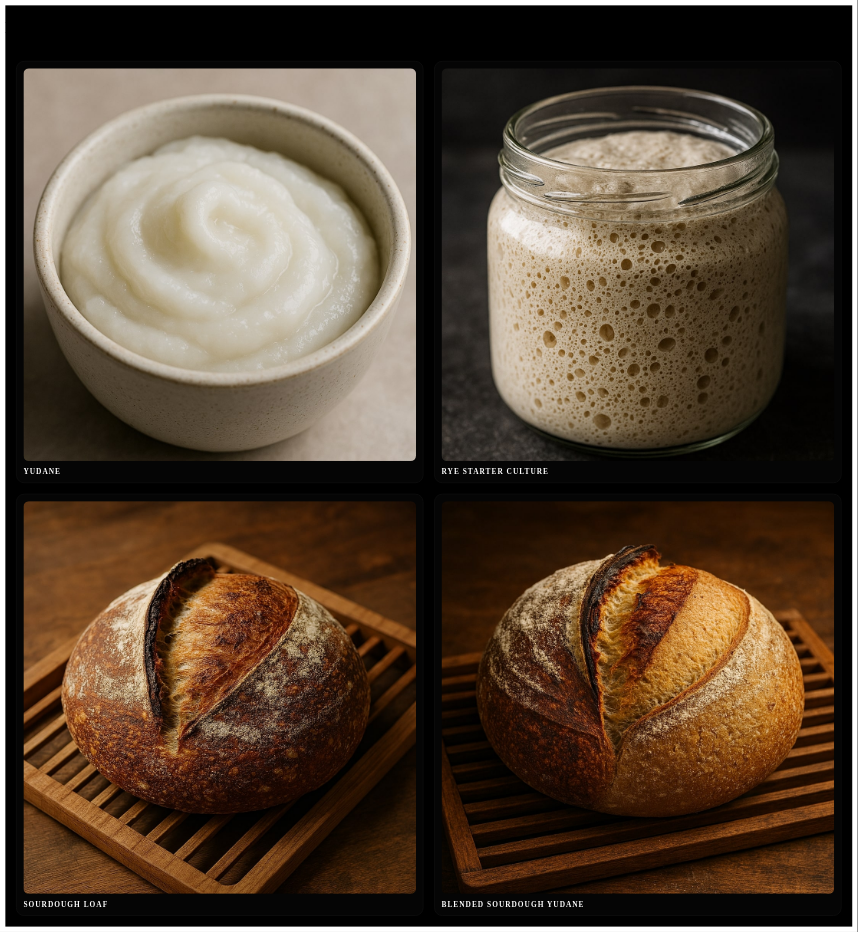
Repository: dkg11hu/baking-core
Page: index.html
An editor plug-in stored every save of this project. The page is shown before and after the next save, followed by the edit.
The browser window is 1280 px wide. The pictures show the whole page, at 67% of full size.

Above is the page before, as saved 2026-01-03 16:38:46.

After the next save:
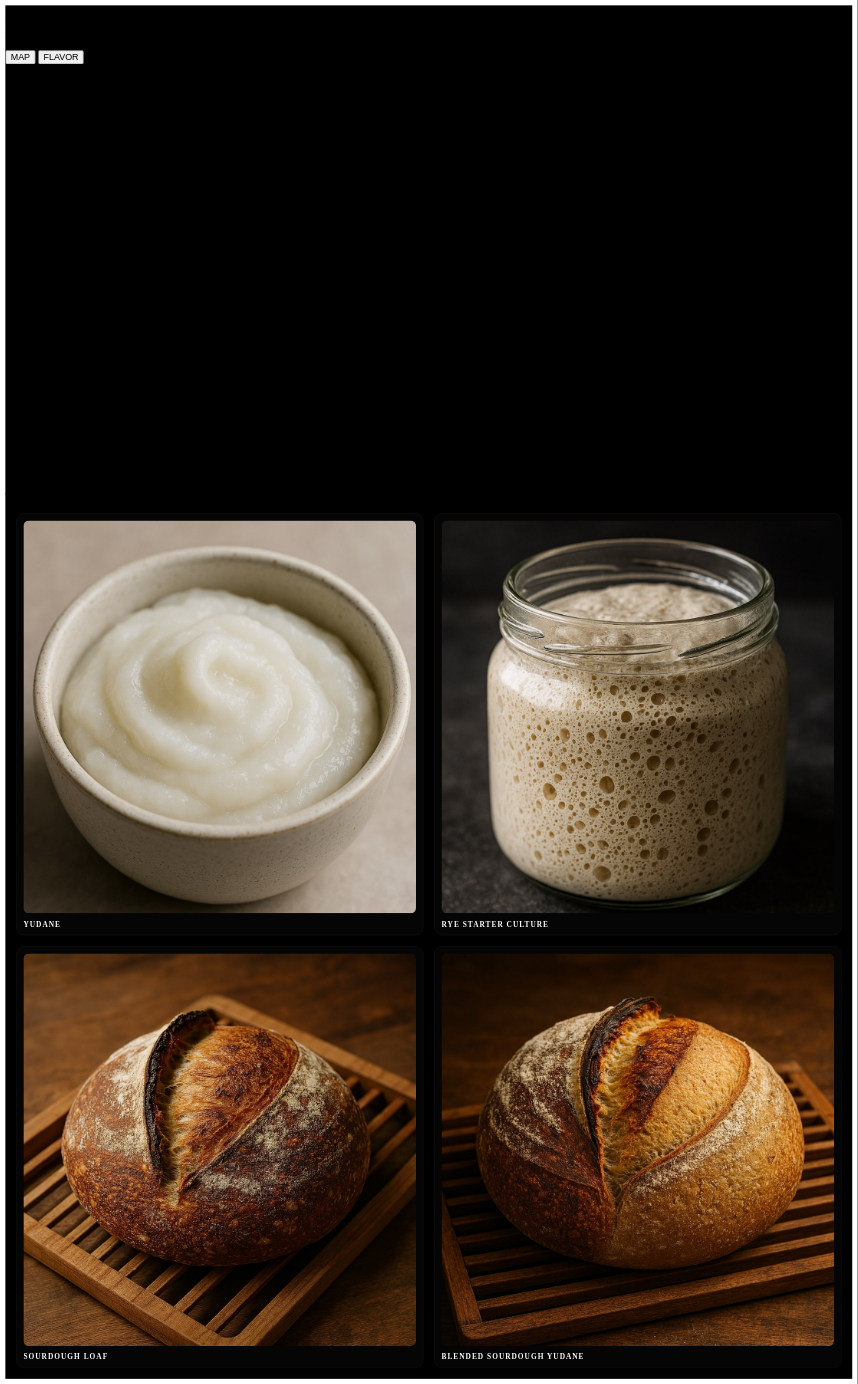
Saved 2 min 45 s later.
--- a/index.html
+++ b/index.html
@@ -10,34 +10,40 @@
 <body>
     <div class="iphone-xs">
         <div class="notch"></div>
-        <div class="screen-content">
-            <section id="browser-view">
-                <header class="view-header">
-                    <h1 class="brand-title">Baking Core</h1>
-                </header>
+<div class="screen-content">
+    <section id="browser-view">
+        <div class="sticky-header">
+            <h1 class="brand-title">Baking Core</h1>
+            <div id="graphical-selector">
+                <div class="selector-tabs">
+                    <button class="tab-btn active" data-view="map" onclick="window.switchSelector('map')">MAP</button>
+                    <button class="tab-btn" data-view="flavor" onclick="window.switchSelector('flavor')">FLAVOR</button>
+                </div>
+                <div id="view-map"></div>
+                <div id="view-flavor" class="hidden"></div>
+            </div>
+            <div id="filter-chips" class="chip-container"></div>
+        </div>
+        <div id="tile-grid" class="tile-grid"></div>
+    </section>
 
-                <div id="graphical-selector" class="selector-unit">
-                    </div>
+    <section id="workflow-view" class="hidden">
+        <div id="discovery-root"></div>
 
-                <div id="tile-grid" class="tile-grid"></div>
-            </section>
-            <section id="workflow-view" class="hidden">
-                <div id="discovery-root"></div>
+        <div id="execution-root" class="hidden">
+            <div id="media-stage" class="media-container"></div>
+            <div class="content-stage">
+                <div id="step-metadata"></div>
+                <div id="step-description"></div>
+            </div>
+        </div>
 
-                <div id="execution-root" class="hidden">
-                    <div id="media-stage" class="media-container"></div>
-                    <div class="content-stage">
-                        <div id="step-metadata"></div>
-                        <div id="step-description"></div>
-                    </div>
-                </div>
-
-                <div class="stepper-controls">
-                    <button class="btn-nav" onclick="changeStep(-1)">BACK</button>
-                    <button class="btn-nav primary" onclick="changeStep(1)">NEXT</button>
-                </div>
-            </section>
+        <div class="stepper-controls">
+            <button class="btn-nav" onclick="window.changeStep(-1)">BACK</button>
+            <button class="btn-nav primary" onclick="window.changeStep(1)">NEXT</button>
         </div>
+    </section>
+</div>
         <div class="home-indicator"></div>
     </div>
     <script type="module" src="app.js"></script>
